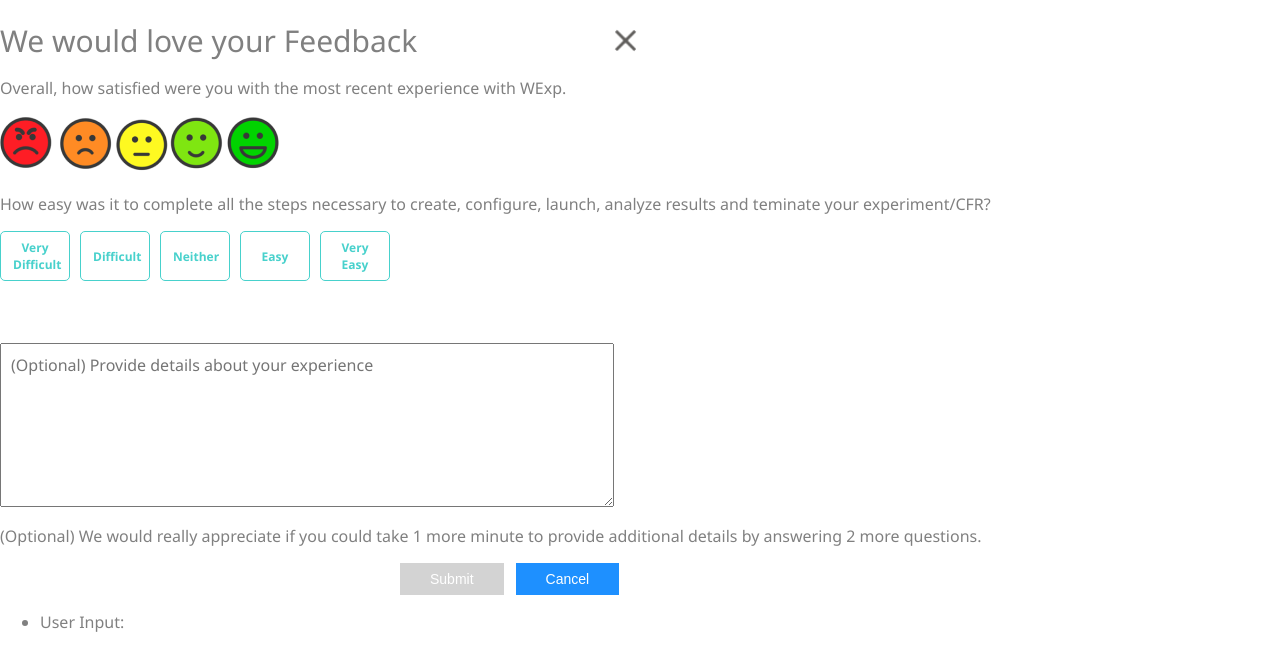
Repository: msfinnan/react-mobx-feedback-form
Page: /
These files come from the project's save history. The page is drawn as it stood at one moment and after the next save; the edit follows.
The browser window is 1280 px wide. The pictures show the whole page.
The project was rebuilt for these pictures with package versions that can differ from the ones it lists, and the page was loaded fresh each time.

Above is the page before, as saved 2019-08-28 11:24:48.

### src/index.tsx
import * as React from 'react';
import * as ReactDOM from 'react-dom';
import './index.css';
import App from './App';
import * as serviceWorker from './serviceWorker';
import { BodyTextStore } from './stores/BodyTextStore';
import { CommentBoxStore } from './stores/CommentBoxStore';
import { Provider } from 'mobx-react';

// const commentBoxStore = new CommentBoxStore();

ReactDOM.render(<Provider commentBoxStore={ new CommentBoxStore()}><App bodyTextStore={ new BodyTextStore() }/></Provider>, document.getElementById('root'));

// If you want your app to work offline and load faster, you can change
// unregister() to register() below. Note this comes with some pitfalls.
// Learn more about service workers: https://bit.ly/CRA-PWA
serviceWorker.unregister();

### src/App.tsx
import * as React from 'react';
import './App.css';
import './Components/BodyText';
// import BodyText from './Components/BodyText';
import { EmojiCollection } from './Components/EmojiCollection';
import { DifficultyButtonCollection } from './Components/DifficultyButtonCollection';
import { SubmissionButtonCollection } from './Components/SubmissionButtonCollection';
import { BodyText } from './Components/BodyText';
import { CommentBox } from './Components/CommentBox';
import { BodyTextStore } from './stores/BodyTextStore';
import { CommentBoxStore } from './stores/CommentBoxStore';
import { inject, observer } from 'mobx-react';

interface AppProps {
  bodyTextStore: BodyTextStore;
  commentBoxStore?: CommentBoxStore;
}

@inject("commentBoxStore")
@observer
class App extends React.Component<AppProps, {}> {
  private userInputDisplay: string;

  private handleSubmit = (event: React.FormEvent<HTMLFormElement>): void => {
    event.preventDefault();
    this.userInputDisplay = this.props.commentBoxStore.commentBoxUserInput;
    console.log("submit button clicked")
    }

  public render() {
    return (

      <div className="app">
        <form onSubmit={this.handleSubmit}>
          <div className="top-row">
            <h1 className="header">
              We would love your Feedback
        </h1>
            <img className="close-button" src={require('./images/close_button.PNG')} alt="close button" />
          </div>

          <BodyText text={this.props.bodyTextStore.firstText} />
          <EmojiCollection />
          <BodyText text={this.props.bodyTextStore.secondText} />
          <DifficultyButtonCollection />
          <CommentBox commentBoxStore={this.props.commentBoxStore} />
          <BodyText text={this.props.bodyTextStore.thirdText} />
          <SubmissionButtonCollection />
        </form>
        <ul>
          <li>User Input: {this.userInputDisplay}</li>
        </ul>
      </div>




    );
  }
}

export default App;


/* <CommentBox text={ this.props.commentBoxStore.commentBoxText } commentBoxClassName={ this.props.commentBoxStore.commentBoxClassName } onChange={this.props.commentBoxStore.handleUserInput}/> */

### src/stores/BodyTextStore.ts
import { observable } from "mobx";

export class BodyTextStore {

    @observable public firstText: string = "Overall, how satisfied were you with the most recent experience with WExp."

    @observable public secondText: string = "How easy was it to complete all the steps necessary to create, configure, launch, analyze results and teminate your experiment/CFR?"

    @observable public thirdText: string ="(Optional) We would really appreciate if you could take 1 more minute to provide additional details by answering 2 more questions."
}

### src/stores/CommentBoxStore.ts
import { observable, action } from "mobx";

export class CommentBoxStore {
    @observable public commentBoxText: string = "(Optional) Provide details about your experience";

    @observable public commentBoxClassName: string = "experince-details-textbox";

    @observable public commentBoxUserInput: string = "";

    @action public handleUserInput = (event: React.ChangeEvent<HTMLTextAreaElement>): void => {
        const letterNumber = /^[a-zA-Z0-9',.!? ]*$/;

        if (!event.currentTarget.value.match(letterNumber)){
            alert("Symbols not allowed");
        }
        console.log(`user input in store is: ${this.commentBoxText}`)

        this.commentBoxUserInput = event.currentTarget.value;
    }
}

### src/App.css
.app {
    font-family: 'Segoe UI', Tahoma, Verdana, sans-serif;
    font-weight: 500;
    color: grey;
}

.form {
    border: solid dodgerblue 2px;
    padding: 0px 20px 30px 20px;
    width: 625px;
    margin-top: 20px;
    margin-bottom: 20px;
}

.top-row {
    display: flex;
}

.header {
    font-weight: normal;
    font-size: 30px;
    margin-bottom: 0px;
}

.close-button {
    margin-left: 190px;
    margin-top: 25px;
    height: 32px;
}

.buttons-row {
    padding-bottom: 50px;
    display: flex;
}

.difficulty-button {
    color: mediumturquoise;
    background-color:white;
    border: 1px solid mediumturquoise;;
    border-radius: 5px;
    padding-left: 12px;
    padding-right: 12px;
    margin-right: 10px;
    margin-bottom: 12px;
    font-weight: 600;
    font-size: 12px;
    font-family: 'Segoe UI', Tahoma, Verdana, sans-serif;
    width: 70px;
    height: 50px;
    white-space: normal;
}

.difficulty-button-clicked {
    color: mediumturquoise;
    background-color:#E8E8E8;
    border: 1px solid mediumturquoise;;
    border-radius: 5px;
    padding-left: 12px;
    padding-right: 12px;
    margin-right: 10px;
    margin-bottom: 12px;
    font-weight: 600;
    font-size: 12px;
    font-family: 'Segoe UI', Tahoma, Verdana, sans-serif;
    width: 70px;
    height: 50px;
    white-space: normal;
}

.experince-details-textbox {
    width: 600px;
    height: 150px;
    vertical-align: top;
    padding-top: 10px;
    padding-left: 10px;
    text-align: start;
    color: gray;
    font-size: 16px;
    font-family: 'Segoe UI', Tahoma, Verdana, sans-serif;
    font-weight: 500;
    margin-bottom: 2px;
}

.submission-buttons-row {
    margin-left: 400px;
    display: flex;
}

.submit-button {
    background-color: lightgrey;
    border: none;
    color: white;
    padding: 8px 30px;
    text-align: center;
    text-decoration: none;
    font-size: 14px;
    margin-right: 12px;
}

.cancel-button {
    background-color: dodgerblue;
    border: none;
    color: white;
    padding: 8px 30px;
    text-align: center;
    text-decoration: none;
    font-size: 14px;
}

.submit-button-clicked {
    background-color: lightgreen;
    border: none;
    color: white;
    padding: 8px 30px;
    text-align: center;
    text-decoration: none;
    font-size: 14px;
    margin-right: 12px;
}

.cancel-button-clicked {
    background-color: lightcoral;
    border: none;
    color: white;
    padding: 8px 30px;
    text-align: center;
    text-decoration: none;
    font-size: 14px;
}

.emoji-border {
    border: 2px solid #E8E8E8;
}

.user-feedback {
    border: solid dodgerblue 2px;
    padding: 0px 20px 30px 20px;
    width: 625px;
    margin-top: 20px;
    margin-bottom: 20px;
    color: grey;
}

.user-feedback strong {
    font-weight: 500;
}

### src/Components/BodyText.tsx
import * as React from 'react';

export interface BodyProps {
    text: string;
}

//: React.FunctionComponent<BodyProps>

export const BodyText: React.FunctionComponent<BodyProps> = (props: BodyProps): JSX.Element => {
    return (
        <p className="grey-body-text">
            { props.text }
        </p>
    );
}

### src/Components/EmojiCollection.tsx
import * as React from 'react';
import { Emoji } from './Emoji';


export const EmojiCollection: React.FunctionComponent = (): JSX.Element => {

    const emojis: { src: string, alt: string }[] = [
        {
            src: 'images/red_emoji.PNG',
            alt: "red emoji",
        },
        {
            src: 'images/orange_emoji.PNG',
            alt: "orange emoji",
        },
        {
            src: 'images/yellow_emoji.PNG',
            alt: "yellow emoji",
        },
        {
            src: 'images/lt_green_emoji.PNG',
            alt: "light green emoji",
        },
        {
            src: 'images/dk_green_emoji.PNG',
            alt: "dark green emoji",
        },
    ];

    const emojiComponents = emojis.map((emoji, i) => {
        return (
            <Emoji key={i} src={emoji.src} alt={emoji.alt} />
        );
    });

    return (
        <div>
            { emojiComponents }
        </div>
    );

};

### src/Components/DifficultyButtonCollection.tsx
import * as React from 'react';
import { DifficultyButton } from './DifficultyButton';

export const DifficultyButtonCollection: React.FunctionComponent = (): JSX.Element => {
    const difficultyButtons: { buttonText: string }[] = [
        {
            buttonText: "Very Difficult"
        },
        {
            buttonText: "Difficult"
        },
        {
            buttonText: "Neither"
        },
        {
            buttonText: "Easy"
        },
        {
            buttonText: "Very Easy"
        },
    ];

    const difficultyButtonComponents = difficultyButtons.map((button, i) => {
        return (
            <DifficultyButton key={i} buttonText={button.buttonText} />
        )
    })
    return (
        <div className="buttons-row">
            { difficultyButtonComponents }
        </div>
    );


};

### src/Components/SubmissionButtonCollection.tsx
import * as React from 'react';
import { SubmissionButton } from './SubmissionButton';

export const SubmissionButtonCollection: React.FunctionComponent = (): JSX.Element => {
    const submissionButtons: { buttonClass: string, buttonText: string }[] = [
        {
            buttonText: "Submit",
            buttonClass: "submit-button",
        },
        {
            buttonText: "Cancel",
            buttonClass: "cancel-button",
        },
    ];

    const submissionButtonComponents = submissionButtons.map((button, i) => {
        return (
            <SubmissionButton key={i} buttonText={button.buttonText} buttonClass={button.buttonClass} />
        )
    })
    return (
        <div className="submission-buttons-row">
            { submissionButtonComponents }
        </div>
    );


};

### src/Components/CommentBox.tsx
import * as React from 'react';
import { CommentBoxStore } from '../stores/CommentBoxStore';
import { inject } from 'mobx-react';

interface CommentBoxProps {
    // text: string
    // commentBoxClassName: string
    // onChange: (event: React.FormEvent<HTMLFormElement>) => void
    commentBoxStore: CommentBoxStore;
}

@inject("commentBoxStore")
export class CommentBox extends React.Component<CommentBoxProps, {}> {
    public userInput: string  = "";


    // private onTextInput = (event: React.FormEvent<HTMLTextAreaElement>) => {
        // const letterNumber = /^[a-zA-Z0-9',.!? ]*$/;

        // if (!event.currentTarget.value.match(letterNumber)){
        //     alert("Symbols not allowed");
        // }

    //     this.userInput = event.currentTarget.value;
    //     console.log(`User input: ${this.userInput}`)
    // }


    public render() {
        return (
            <textarea
                className={ this.props.commentBoxStore.commentBoxClassName } //could do something with isValidText for conditional formatting here
                onChange={ this.props.commentBoxStore.handleUserInput }
                placeholder={ this.props.commentBoxStore.commentBoxText }
                name="commentBoxInput"></textarea>
        );
    }
}

### src/Components/Emoji.tsx
import * as React from 'react';
import { observer } from 'mobx-react';
import { observable, action } from 'mobx';


interface EmojiProps {
    src: string;
    alt: string;
}

@observer
export class Emoji extends React.Component<EmojiProps, {}> {
    @observable private buttonClicked: boolean;

    constructor(props: EmojiProps) {
        super(props);
        this.buttonClicked = false;

    }

    @action
    private onButtonClick = (): void => {
        this.buttonClicked = !this.buttonClicked;
    }

    public render(): JSX.Element {
        return (
            <img
                src={ this.props.src }
                className={ this.buttonClicked ? "emoji-border" : null }
                alt={ this.props.alt }
                onClick={ this.onButtonClick }>
            </img>
        );
    }
}

### src/Components/DifficultyButton.tsx
import * as React from 'react';
import { observer } from 'mobx-react'
import { action, observable } from 'mobx';


interface DifficultyButtonProps {
    buttonText: string;
}

@observer
export class DifficultyButton extends React.Component<DifficultyButtonProps, {}> {
    @observable private buttonClicked: boolean;

    constructor(props: DifficultyButtonProps) {
        super(props);
        this.buttonClicked = false;
    }

    @action
    private onButtonClick = (): void => {
        this.buttonClicked = !this.buttonClicked
    };

    public render(): JSX.Element {
        return (
            <button
                className={ this.buttonClicked ? "difficulty-button-clicked": "difficulty-button" }
                type="button"
                onClick={ this.onButtonClick }>
                { this.props.buttonText }
            </button>
        );
    }
}

### src/Components/SubmissionButton.tsx
import * as React from 'react';
import { observable, action } from 'mobx';
import { observer } from 'mobx-react';

interface SubmissionButtonProps {
    buttonText: string;
    buttonClass: string;
}

@observer
export class SubmissionButton extends React.Component<SubmissionButtonProps, {}> {
    @observable private buttonClicked: boolean;

    constructor(props: SubmissionButtonProps) {
        super(props);
        this.buttonClicked = false;
    }

    @action
    private onButtonClick = (): void => {
        this.buttonClicked = !this.buttonClicked
    }

    public render(): JSX.Element {
        return (
            <button
                type="submit"
                className={ this.buttonClicked ? this.props.buttonClass + "-clicked" : this.props.buttonClass }
                onClick={ this.onButtonClick }>
                { this.props.buttonText }
            </button>

        );
    }
}

Loaded but not shown: public/index.html (common file); src/index.css (common file); src/serviceWorker.js (common file)

After the next save:
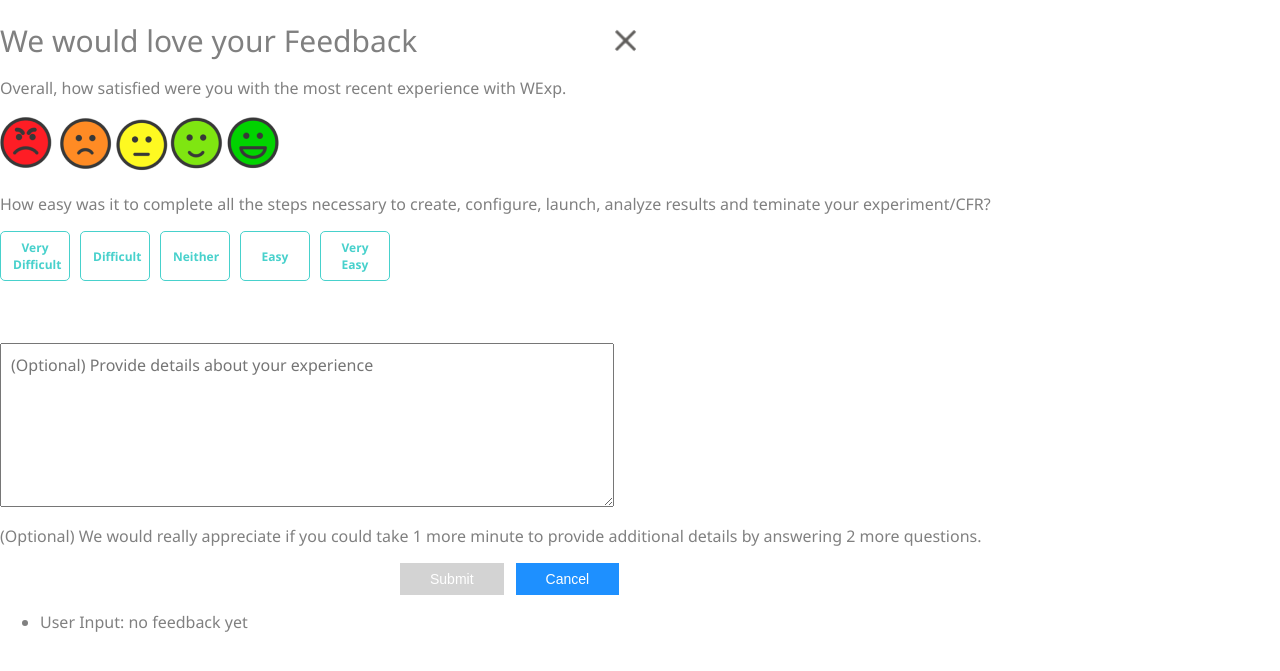
Saved 17 s later.
--- a/src/App.tsx
+++ b/src/App.tsx
@@ -19,7 +19,7 @@ interface AppProps {
 @inject("commentBoxStore")
 @observer
 class App extends React.Component<AppProps, {}> {
-  private userInputDisplay: string;
+  private userInputDisplay: string = "no feedback yet";
 
   private handleSubmit = (event: React.FormEvent<HTMLFormElement>): void => {
     event.preventDefault();
